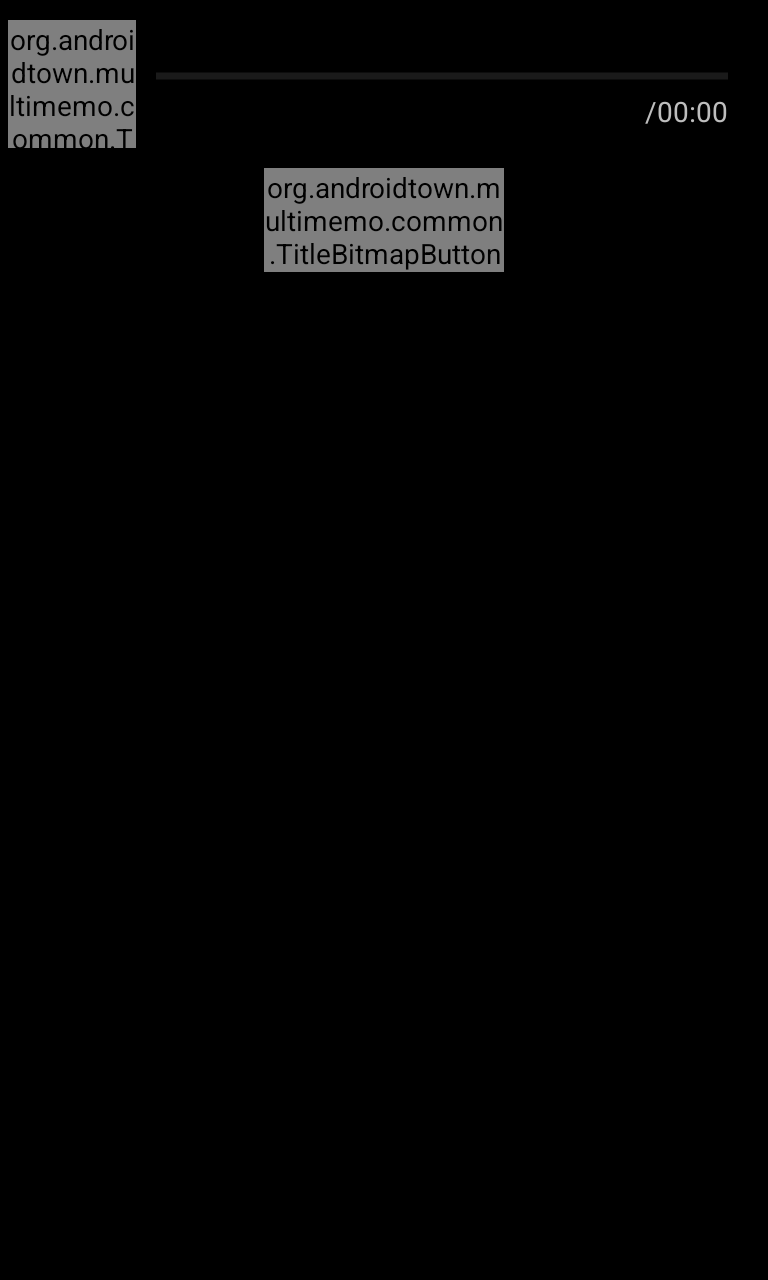
Repository: Minsu-Daniel-Kim/tipinboard1.0
Layout: TipinBoard1.0/res/layout/voice_playing_activity.xml
An editor plug-in stored every save of this project. The layout is shown before and after the next save, followed by the edit.
Pictures or frames that could not be fetched are drawn as grey boxes. It is drawn on a 768 x 1280 px phone screen (xhdpi) without system bars, with theme android:Theme.Holo; the app's code is not run.

Above is the layout before, as saved 2013-04-15 14:47:13.

After the next save:
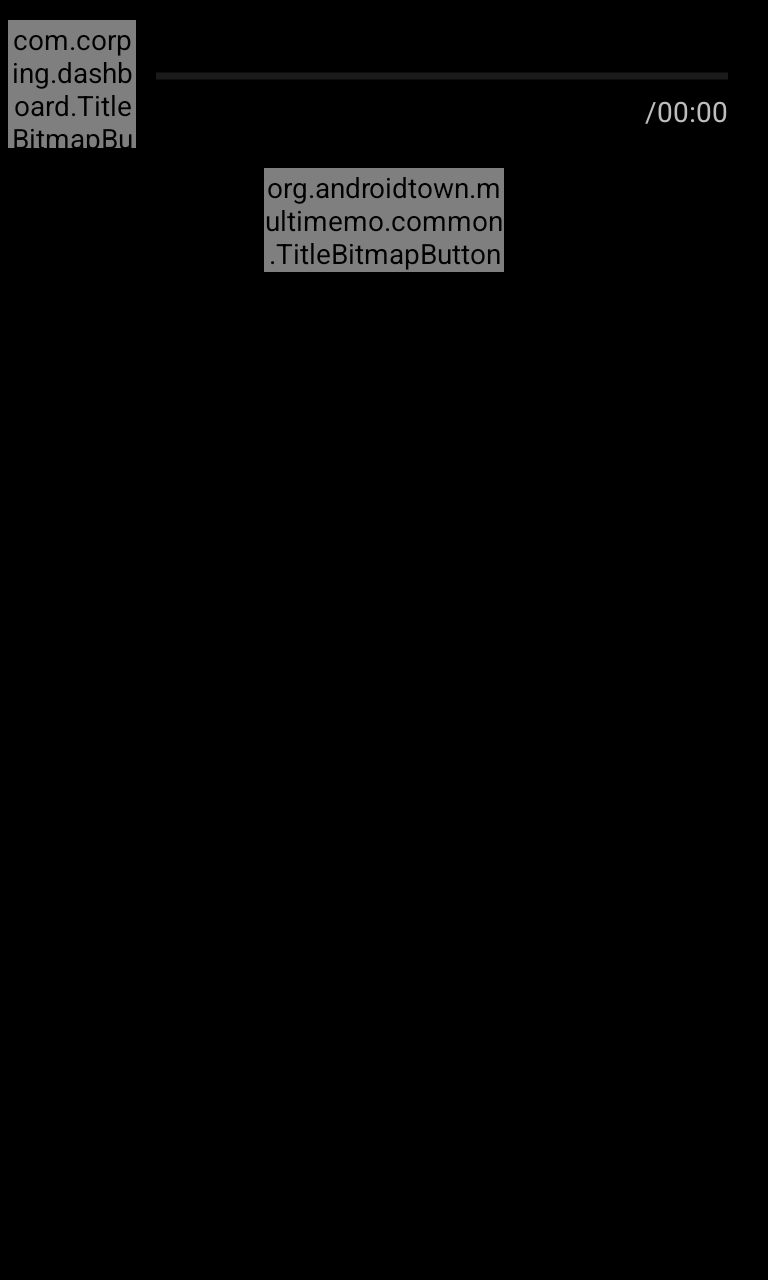
Saved 2 min 42 s later.
--- a/TipinBoard1.0/res/layout/voice_playing_activity.xml
+++ b/TipinBoard1.0/res/layout/voice_playing_activity.xml
@@ -12,7 +12,7 @@
 		android:layout_marginTop="10dp"
 		android:layout_marginBottom="10dp"
 		>
-		<org.androidtown.multimemo.common.TitleBitmapButton
+		<com.corping.dashboard.TitleBitmapButton
 			android:id="@+id/playing_stopBtn"
 			android:layout_width="64dp"
 			android:layout_height="64dp"
